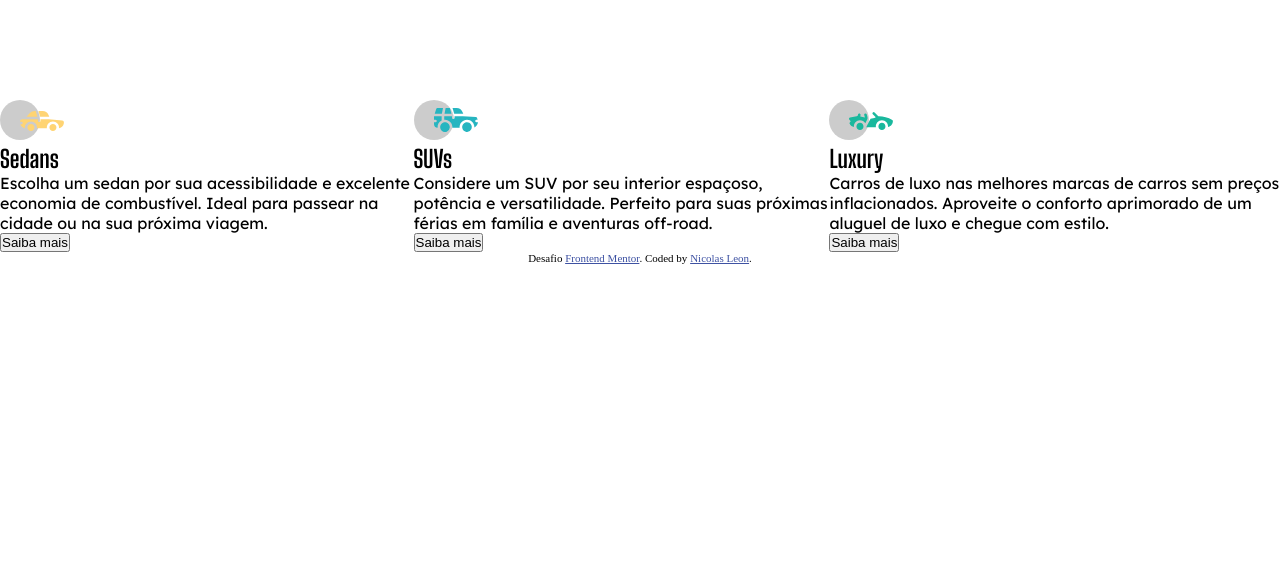
Repository: Leonngc/Car-cards
Page: index.html
The author's editor kept a copy of each file at every save. The page is drawn from the files as they stood at one save, then again after a run of saves.
The browser window is 1280 px wide. The pictures show the whole page.

Above is the page before, as saved 2023-01-17 12:20:12.

### index.html
<!DOCTYPE html>
<html lang="pt-br">
  <head>
    <meta charset="UTF-8" />
    <meta name="viewport" content="width=device-width, initial-scale=1.0" />
    <!-- displays site properly based on user's device -->

    <link
      rel="icon"
      type="image/png"
      sizes="32x32"
      href="./images/favicon-32x32.png"
    />

    <link rel="stylesheet" href="styles/style.css" />

    <title>Frontend Mentor | 3-column preview card component</title>

    <!-- Feel free to remove these styles or customise in your own stylesheet 👍 -->
    <style>
      .attribution {
        font-size: 11px;
        text-align: center;
      }
      .attribution a {
        color: hsl(228, 45%, 44%);
      }
    </style>
  </head>
  <body>
    <main>
      <div class="card" id="sedan">
        <div class="image"><img src="images/icon-sedans.svg" alt="" /></div>
        <h2>Sedans</h2>
        <p>
          Escolha um sedan por sua acessibilidade e excelente economia de
          combustível. Ideal para passear na cidade ou na sua próxima viagem.
        </p>
        <button>Saiba mais</button>
      </div>
      <div class="card" id="suv">
        <div class="image"><img src="images/icon-suvs.svg" alt="" /></div>

        <h2>SUVs</h2>
        <p>
          Considere um SUV por seu interior espaçoso, potência e versatilidade.
          Perfeito para suas próximas férias em família e aventuras off-road.
        </p>
        <button>Saiba mais</button>
      </div>
      <div class="card" id="luxury">
        <div class="image"><img src="images/icon-luxury.svg" alt="" /></div>
        <h2>Luxury</h2>
        <p>
          Carros de luxo nas melhores marcas de carros sem preços inflacionados.
          Aproveite o conforto aprimorado de um aluguel de luxo e chegue com
          estilo.
        </p>
        <button>Saiba mais</button>
      </div>
    </main>

    <footer class="attribution">
      Desafio
      <a href="https://www.frontendmentor.io?ref=challenge" target="_blank"
        >Frontend Mentor</a
      >. Coded by <a href="#">Nicolas Leon</a>.
    </footer>
  </body>
</html>

### styles/style.css
@import url('https://fonts.googleapis.com/css2?family=Lexend+Deca&display=swap');

@import url('https://fonts.googleapis.com/css2?family=Big+Shoulders+Display:wght@700&display=swap');

*{
    margin: 0 auto;
    padding: 0;
}

:root{
    --font-body: 'Lexend Deca', sans-serif;

    --font-title: 'Big Shoulders Display', cursive;
}

h2{
    font-family: var(--font-title);
}

.card > p{
    font-family: var(--font-body);
}

main{
    display: flex;
    margin: auto;
    margin-top: 100px;

}

After the next 2 saves:
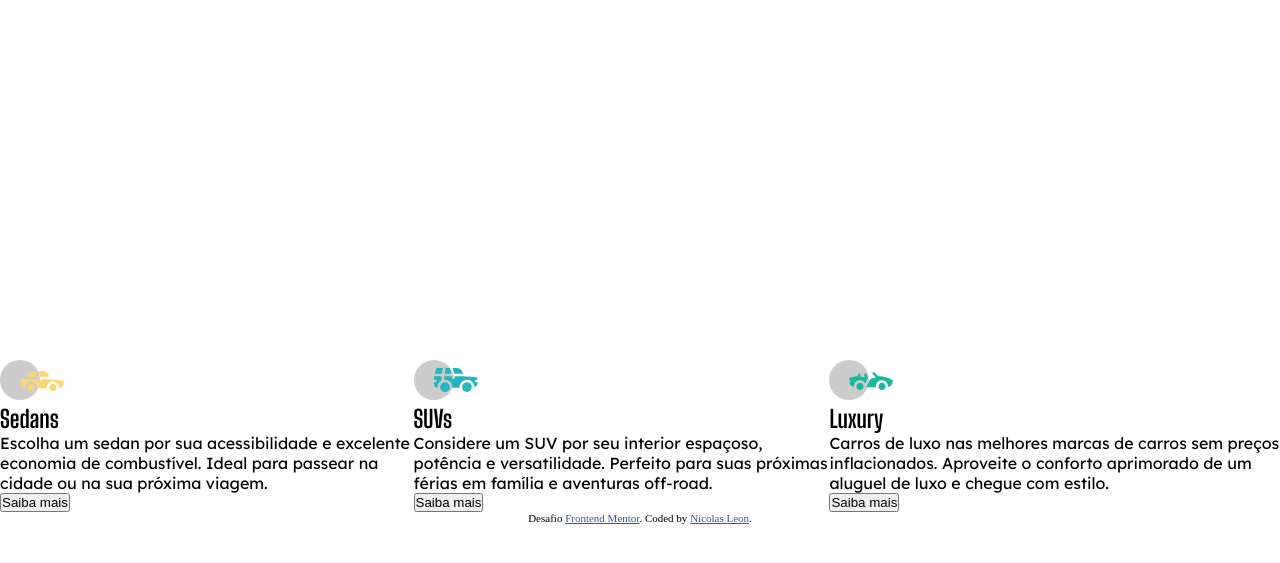
The 2 saves are shown as one change because they came seconds apart.
The last was saved 5 s later.
--- a/styles/style.css
+++ b/styles/style.css
@@ -24,6 +24,6 @@
 main{
     display: flex;
     margin: auto;
-    margin-top: 100px;
+    margin-top: 50vh;
 
 }
